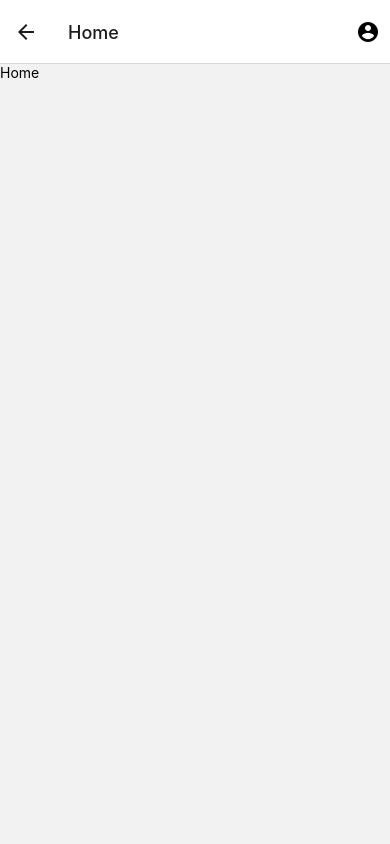
Repository: SaudCh/Expo-Pethub
Screen: /Home
These files come from the project's save history. The screen is drawn as it stood at one moment and after the next save; the edit follows.
The app was drawn by React Native's web renderer in a window 390 px wide. The project was rebuilt for these pictures with package versions that can differ from the ones it lists, and the page was loaded fresh each time. Also part of the build but not shown: Screens/Signup.js, Screens/Profile.js, Screens/UpdateProfile.js.

Above is the screen before, as saved 2022-11-15 00:09:33.

After the next save:
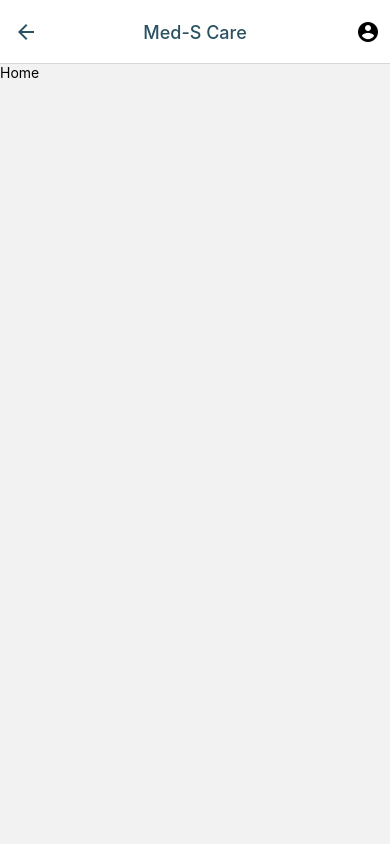
Saved 25 s later.
--- a/Components/Navigator.js
+++ b/Components/Navigator.js
@@ -29,6 +29,9 @@ function AppNavigator() {
                 <Stack.Screen name="Signup" component={Signup} />
                 <Stack.Screen name="Home" component={Home}
                     options={{
+                        title: 'Med-S Care',
+                        headerTintColor: "#2B5262",
+                        headerTitleAlign: 'center',
                         headerRight: () => (
                             <Avatar />
                         )
